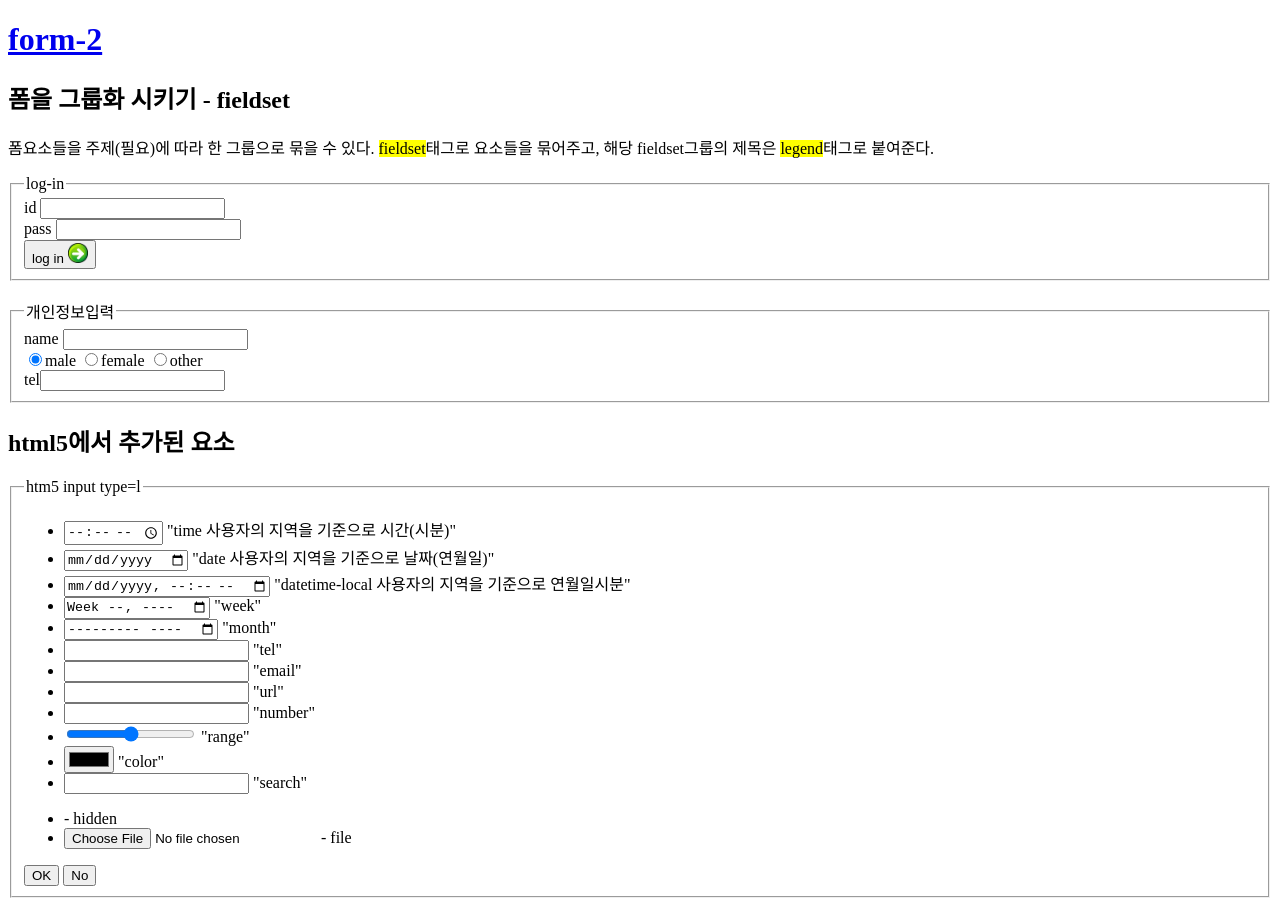
Repository: ReadStar/Web
Page: Html/html5/WebContent/form-2.html
An editor plug-in stored every save of this project. The page is shown before and after a run of saves, followed by the edit.
The browser window is 1280 px wide. The pictures show the whole page.

Above is the page before, as saved 2020-08-13 07:22:08.

After the next 2 saves:
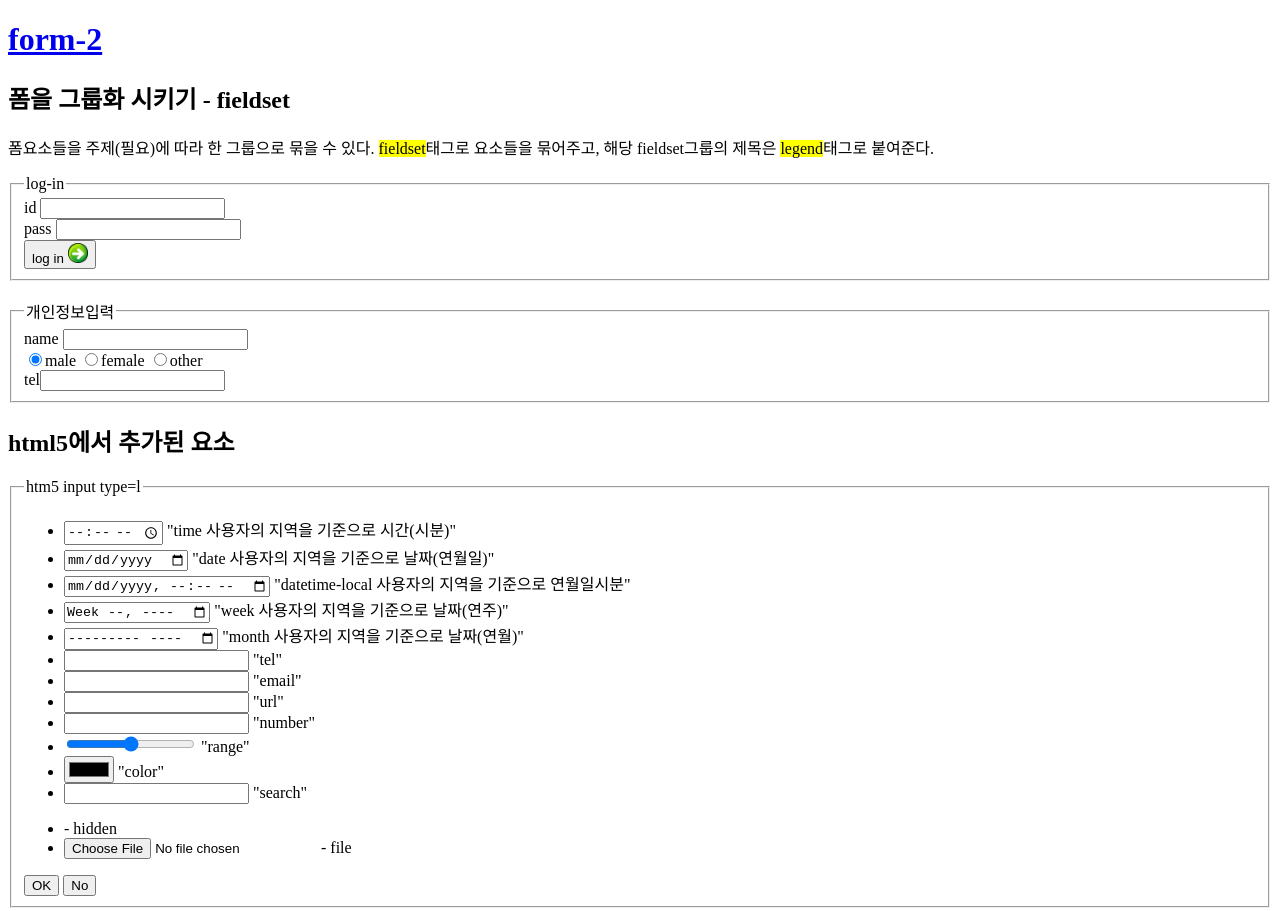
The 2 saves are shown as one change because they came seconds apart.
The last was saved 79 s later.
--- a/Html/html5/WebContent/form-2.html
+++ b/Html/html5/WebContent/form-2.html
@@ -39,8 +39,8 @@
 <li><input type="time"> "time 사용자의 지역을 기준으로 시간(시분)" </li>
 <li><input type="date"> "date 사용자의 지역을 기준으로 날짜(연월일)" </li>
 <li><input type="datetime-local"> "datetime-local 사용자의 지역을 기준으로 연월일시분" </li>
-<li><input type="week"> "week" </li>
-<li><input type="month"> "month" </li>
+<li><input type="week"> "week 사용자의 지역을 기준으로 날짜(연주)" </li>
+<li><input type="month"> "month 사용자의 지역을 기준으로 날짜(연월)" </li>
 <li><input type="tel"> "tel" </li>
 <li><input type="email"> "email" </li>
 <li><input type="url"> "url" </li>
